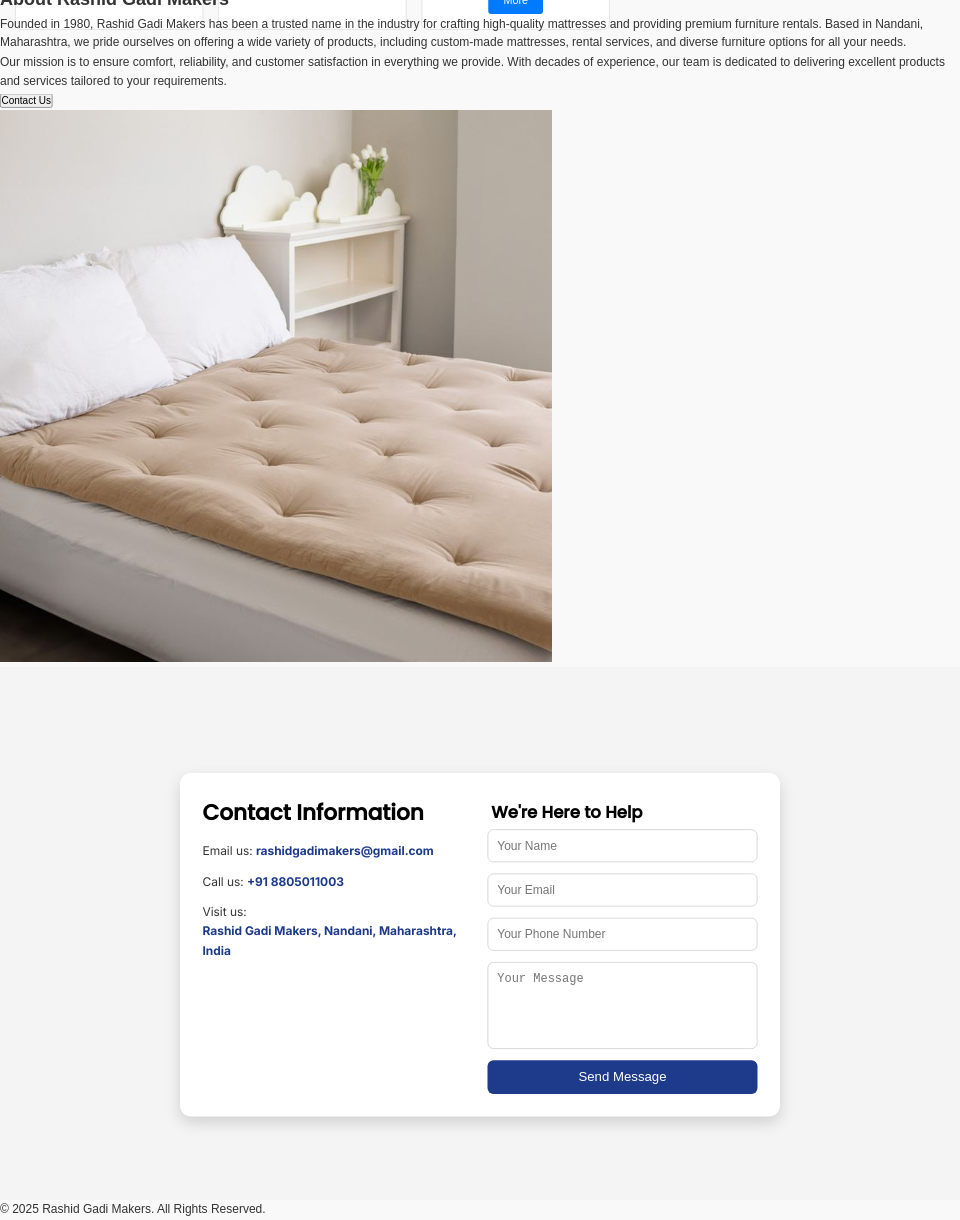
Repository: nadafgroup/rashidgadiUI
Page: src/home.html
An editor plug-in stored every save of this project. The page is shown before and after the next save, followed by the edit.
The browser window is 1280 px wide. The pictures show the part of the page from y = 1325 to 2951 px (the page is 2951 px tall before and 2041 px after), at 75% of full size.
A picture or video elsewhere on the page could not be fetched, so the positions and the page height are approximate.

Above is the page before, as saved 2025-01-24 13:46:08.

### src/home.html
<!DOCTYPE html>
<html lang="en">
<head>
    <meta charset="UTF-8">
    <meta name="viewport" content="width=device-width, initial-scale=1.0">
    <title>Rashid Gadi Makers</title>
   <link rel="stylesheet" href="./home.css">
</head>
<body>
    <!-- Navbar -->
    <nav class="navbar">
        <div class="logo">

            <img src="../assets/img/nadaf.png" alt="">
        </div>
        <ul>
            <li><a href="#home">Home</a></li>
            <li><a href="#services">Services</a></li>
            <li><a href="#about">About Us</a></li>
            <li><a href="#contact">Contact Us</a></li>
        </ul>
    </nav>

    <!-- Hero Section -->
    <div class="hero" id="home">
        <div class="content">
            <h1>Welcome to Rashid Gadi Makers</h1>
            <p>Your one-stop solution for premium mattresses and pillows.</p>
        </div>
    </div>

 <!-- Services Section -->
<section class="services" id="services">
    <div class="container">
        <!-- Row for layout -->
        <div class="row">
            <!-- Image on the left -->
            <div class="services-image">
                <img src="../assets/img/11288324.png" alt="Services Image" />
            </div>
            <!-- Services content on the right -->
            <div class="services-content">
                <div class="text">
                <h2>Our Services</h2>
                <p>
                    We specialize in crafting high-quality mattresses, pillows, and other bedding
                    essentials to enhance your comfort and well-being.
                </p>
            </div>
                <!-- Services cards -->
                <div class="services-container">
                    <div class="service-card">
                        <h3>Bed Mattresses</h3>
                        <p>Experience unparalleled comfort with our premium bed mattresses, designed for restful nights.</p>
                        <button class="btn-more" onclick="openBed()">More</button>
                    </div>
                    <div class="service-card">
                        <h3>Pillows</h3>
                        <p>Luxurious and ergonomic pillows to ensure the perfect head and neck support.</p>
                        <button class="btn-more" onclick="openPillow()">More</button>
                    </div>
                    <div class="service-card">
                        <h3>Sofa Mattresses</h3>
                        <p>Custom-made sofa mattresses, combining style and comfort for your living space.</p>
                        <button class="btn-more" onclick="openSofa()">More</button>
                    </div>
                    <div class="service-card">
                        <h3>Mattress Repair</h3>
                        <p>Extend the life of your mattresses with our professional repair services.</p>
                        <button class="btn-more" onclick="openRepair()">More</button>
                    </div>
                    <div class="service-card">
                        <h3>Mattress Rent</h3>
                        <p>Rent hygienic, premium mattresses for temporary comfort ideal for guests, events, or short stays!</p>
                        <button class="btn-more" onclick="openRent()">More</button>
                    </div>

                    <div class="service-card">
                        <h3>Furniture</h3>
                        <p>"Discover stylish sofas, wardrobes, beds, and sofa beds in our furniture sale quality and comfort at great prices!"</p>
                        <button class="btn-more">More</button>
                    </div>
                </div>
            </div>
        </div>
    </div>
</section>




    <!-- About Us Section -->
    <section id="about">
        <div class="container-about">
            <div class="about-content">
                <h1>About Rashid Gadi Makers</h1>
                <p>Founded in 1980, Rashid Gadi Makers has been a trusted name in the industry for crafting high-quality mattresses and providing premium furniture rentals. Based in Nandani, Maharashtra, we pride ourselves on offering a wide variety of products, including custom-made mattresses, rental services, and diverse furniture options for all your needs.</p>
                <p>Our mission is to ensure comfort, reliability, and customer satisfaction in everything we provide. With decades of experience, our team is dedicated to delivering excellent products and services tailored to your requirements.</p>

                <div class="contact-button">
                    <button id="contact-btn">Contact Us</button>
                </div>
            </div>
            <div class="about-image">
                <img src="../assets/img/about.jpg" alt="About Rashid Gadi Makers">
            </div>
        </div>
    </section>

    <!-- Contact Section -->
    <section id="contact">
        <div class="contacts-card">
            <div class="contact-page">
              <div class="main-content">
                  <div class="contact-card">
                      <div class="left-section">
                          <h2>Contact Information</h2>
                          <p>Email us: <a href="mailto:rashidgadimakers@gmail.com">rashidgadimakers@gmail.com</a></p>
                          <p>Call us: <a href="https://wa.me/+918805011003" target="_blank">+91 8805011003</a></p>
                          <p>Visit us:<br> <a href="https://maps.app.goo.gl/m8q8q5HykzyQH5MR8" target="_blank"> Rashid Gadi Makers, Nandani, Maharashtra, India</a>
                           </p>
                      </div>

                      <div class="form-section">
                        <h2>We're Here to Help</h2>

                            <form action="https://api.web3forms.com/submit"  method="POST">

                              <!-- Web3Forms Access Key -->
                              <input type="hidden" name="apikey" value="6542ae57-249f-4950-9753-bf0288999d5a">
                              <input type="text"  name="name" id="name" placeholder="Your Name" required>
                              <input type="email"  name="email" id="email"  placeholder="Your Email" required>
                              <input type="phone"  name="phone" id="phone" placeholder="Your Phone Number" maxlength="10"
                              oninput="validatePhone(this)"  required>
                              <textarea rows="5" id="message"  name="message" placeholder="Your Message" required></textarea>
                              <button type="submit" >Send Message</button>
                          </form>
                      </div>
                  </div>
              </div>


          </div>
        </div>
    </section>

    <!-- Footer -->
    <footer>
        <p>&copy; 2025 Rashid Gadi Makers. All Rights Reserved.</p>
    </footer>
</body>
<script src="./home.js"></script>
</html>

### src/home.css
@font-face {
    font-family: 'poppins';
    src: url('../assets/fonts/Poppins/Poppins-Medium.ttf') format('truetype');
}



@font-face {
    font-family: 'inter';
    src: url('../assets/fonts/Inter/Inter-VariableFont_opsz\,wght.ttf') format('truetype');
}

@font-face {
    font-family: 'Exo';
    src: url('../assets/fonts/Exo2-VariableFont_wght.ttf') format('truetype');
}

 /* Reset and Basic Styling */
 * {
    margin: 0;
    padding: 0;
    box-sizing: border-box;
}

body {
    font-family: Arial, sans-serif;
    line-height: 1.6;
    background-color: #f9f9f9;
    color: #333;
}

/* Navbar Styles */
.navbar {
    display: flex;
    justify-content: space-between;
    align-items: center;
    padding: 10px 20px;
    background-color: #4CAF50;
    color: white;
    position: sticky;
    top: 0;
    z-index: 1000;
}

.navbar .logo {
    font-size: 1.5rem;
    font-weight: bold;
}

.navbar ul {
    list-style: none;
    display: flex;
}

.navbar ul li {
    margin: 0 15px;
}

.navbar ul li a {
    text-decoration: none;
    color: white;
    transition: color 0.3s;
}

.navbar ul li a:hover {
    color: #ddd;
}

.logo img{
    width: auto;
    height: 50px;
}

/* Hero Section */
.hero {
    display: flex;
    justify-content: center;
    align-items: center;
    text-align: center;
    background: url('../assets/img/1.png') no-repeat center center/cover;
    /* color: white; */
    height: 70vh;
    padding: 20px;
    animation: fadeIn 1.5s ease-in-out;
}

@keyframes fadeIn {
    from {
        opacity: 0;
        transform: translateY(-20px);
    }
    to {
        opacity: 1;
        transform: translateY(0);
    }
}



.content{
    backdrop-filter: blur(1px) saturate(180%);
    -webkit-backdrop-filter: blur(1px) saturate(180%);
    background-color: rgba(255, 255, 255, 0.74);
    border-radius: 12px;
    border: 1px solid rgba(209, 213, 219, 0.3);
    padding: 20px;
}

.content h1 {
    font-size: 3rem;
    background: linear-gradient(to right, #5c5cbe, #2b84c4);
    -webkit-background-clip: text;
    -webkit-text-fill-color: transparent;
    font-family: 'poppins';
}

.content p {
    font-size: 1.2rem;
    font-family: 'inter';

}

/* service */
/* Services Section Styling */




.services {
    padding: 0px 0;
    background-color: #f9f9f9;
}

.container {
    height: 100vh;
    background-color: #d9e8f2;
    display: flex;
    flex-direction: row;
    /* align-items: center; */

}



.services-image img {
    max-width: 100%;
    height: auto;
    border-radius: 8px;
    margin-top: 30vh;
}



.row {
    display: flex;
    flex-wrap: wrap; /* Allows content to wrap if needed */
    width: 100%;

}

.services-image {
    flex: 1;
    order: 2; /* Ensures the image appears on the right */
    text-align: center;
}

.services-content {
    flex: 2;
    order: 1; /* Ensures the content is on the left */
    padding-right: 30px; /* Adds space between content and image */
    margin-top: 17vh;

}

/* Adjusts the services-container for the card layout */
.services-container {
    display: grid;
    grid-template-columns: repeat(3, 1fr); /* 3 cards per row */
    gap: 20px;
    padding: 20px;

}

/* Media queries for responsiveness */
@media (max-width: 992px) {
    .row {
        flex-direction: column; /* Stacks the image and content in a column for smaller screens */
    }

    .services-content, .services-image {
        order: unset; /* Resets the order for better stacking */
        flex: unset; /* Ensures both elements take full width */
        width: 100%;
    }

    .services-container {
        grid-template-columns: repeat(2, 1fr); /* 2 cards per row on medium screens */
    }
}

@media (max-width: 576px) {
    .services-container {
        grid-template-columns: repeat(1, 1fr); /* 1 card per row on small screens */
    }
}

.text{
    text-align: left;
    padding: 20px;
}

.text h2 {

    font-size: 2rem;
    color: #333;
    font-family: 'poppins';
    margin-bottom: 0px;
}

.text p {
    font-size: 1rem;

    color: #666;
    font-family: 'inter';
}


.service-card {
    background: #fff;
    border: 1px solid #ddd;
    border-radius: 8px;
    padding: 20px;
    text-align: center;
    transition: box-shadow 0.3s ease;
}

.service-card:hover {
    box-shadow: 0 4px 8px rgba(0, 0, 0, 0.1);
}

.service-card h3 {
    margin-bottom: 10px;
    font-size: 1.2rem;
    color: #333;
    font-family: 'Exo';
}

.service-card p {
    font-size: 0.9rem;
    margin-bottom: 15px;
    color: #666;
    font-family: 'inter';
}

.btn-more {
    padding: 10px 20px;
    background: #007bff;
    color: #fff;
    border: none;
    border-radius: 4px;
    cursor: pointer;
    font-size: 0.9rem;
}

.btn-more:hover {
    background: #0056b3;
}




/* contact Styles */

#contact{
    background-color: #f4f4f4;
}

.contact-page {
    display: flex;
    flex-direction: column;
    /* margin-top: 20px; */
    min-height: calc(100vh - 40px);
    /* width: 100%; */
    /* background-color: #000; */



}

.contacts-card {
    width: 100%;
    padding-top: 30px;
}

.main-content {
    flex: 1;
    display: flex;
    justify-content: center;
    align-items: center;
}


.contact-card {
    background: white;
    padding: 30px;
    border-radius: 15px;
    box-shadow: 0 8px 20px rgba(0, 0, 0, 0.15);
    max-width: 800px;
    width: 100%;
    display: flex;
    flex-wrap: wrap;
    gap: 20px;
}

.contact-card .left-section {
    flex: 1;
    min-width: 300px;

}

.contact-card .left-section h2 {
    font-family: 'Poppins';
    font-size: 1.8rem;
    color: #000000;
    text-align: left;
}

.contact-card .left-section p {
    font-size: 1rem;
    margin: 15px 0;
    line-height: 1.6;
    font-family: 'Inter';
    text-align: left;
}

.contact-card .left-section a {
    color: #1e3a8a;
    text-decoration: none;
    font-weight: bold;
    text-align: left;
}

.contact-card .left-section a:hover {
    text-decoration: underline;
}

.contact-card .form-section {
    flex: 1;
    min-width: 300px;
}

.contact-card .form-section form {
    display: flex;
    flex-direction: column;
    gap: 15px;
}

.contact-card .form-section form input,
.contact-card .form-section form textarea {
    width: 100%;
    padding: 12px;
    font-size: 1rem;
    border: 1px solid #ccc;
    border-radius: 8px;
    outline: none;
}

.contact-card .form-section form textarea {
    resize: none;
}

.contact-card .form-section form button {
    padding: 12px;
    background-color: #1e3a8a;
    color: white;
    border: none;
    border-radius: 8px;
    font-size: 1.1rem;
    cursor: pointer;
    transition: background-color 0.3s ease;
}

.contact-card .form-section form button:hover {
    background-color: #163574;
}

.form-section h2 {
    font-family: 'Poppins';
    font-size: 22px;
    color: #000000;
    margin-left: 0px;
    margin: 5px;
}

@media (max-width: 768px){
    .contact-card{
        margin: 20px;
        border-radius: 9px;
    }
}

@media (max-width: 425px) {
    .contacts-card{
        margin-top: 70%;
        padding-top: 0px;
        height: calc(100vh - 0px);
    }
}

### src/home.js
 // Function to handle the button click event
 function openBed() {
   window.location.href = 'bed.html';
 }

 function openPillow() {
   window.location.href = 'pillow.html';
 }

 function openSofa() {
   window.location.href = 'sofa.html';
 }


 function openRepair() {
   window.location.href = 'repair.html';
 }

 function openRent() {
   window.location.href = 'rent.html';
 }

After the next save:
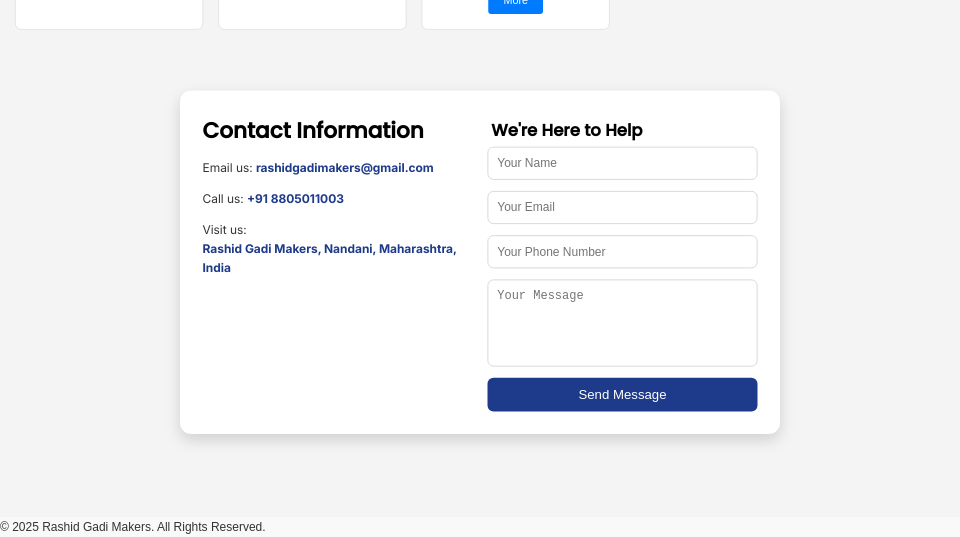
Saved 9 s later.
--- a/src/home.html
+++ b/src/home.html
@@ -91,20 +91,7 @@
 
     <!-- About Us Section -->
     <section id="about">
-        <div class="container-about">
-            <div class="about-content">
-                <h1>About Rashid Gadi Makers</h1>
-                <p>Founded in 1980, Rashid Gadi Makers has been a trusted name in the industry for crafting high-quality mattresses and providing premium furniture rentals. Based in Nandani, Maharashtra, we pride ourselves on offering a wide variety of products, including custom-made mattresses, rental services, and diverse furniture options for all your needs.</p>
-                <p>Our mission is to ensure comfort, reliability, and customer satisfaction in everything we provide. With decades of experience, our team is dedicated to delivering excellent products and services tailored to your requirements.</p>
 
-                <div class="contact-button">
-                    <button id="contact-btn">Contact Us</button>
-                </div>
-            </div>
-            <div class="about-image">
-                <img src="../assets/img/about.jpg" alt="About Rashid Gadi Makers">
-            </div>
-        </div>
     </section>
 
     <!-- Contact Section -->
